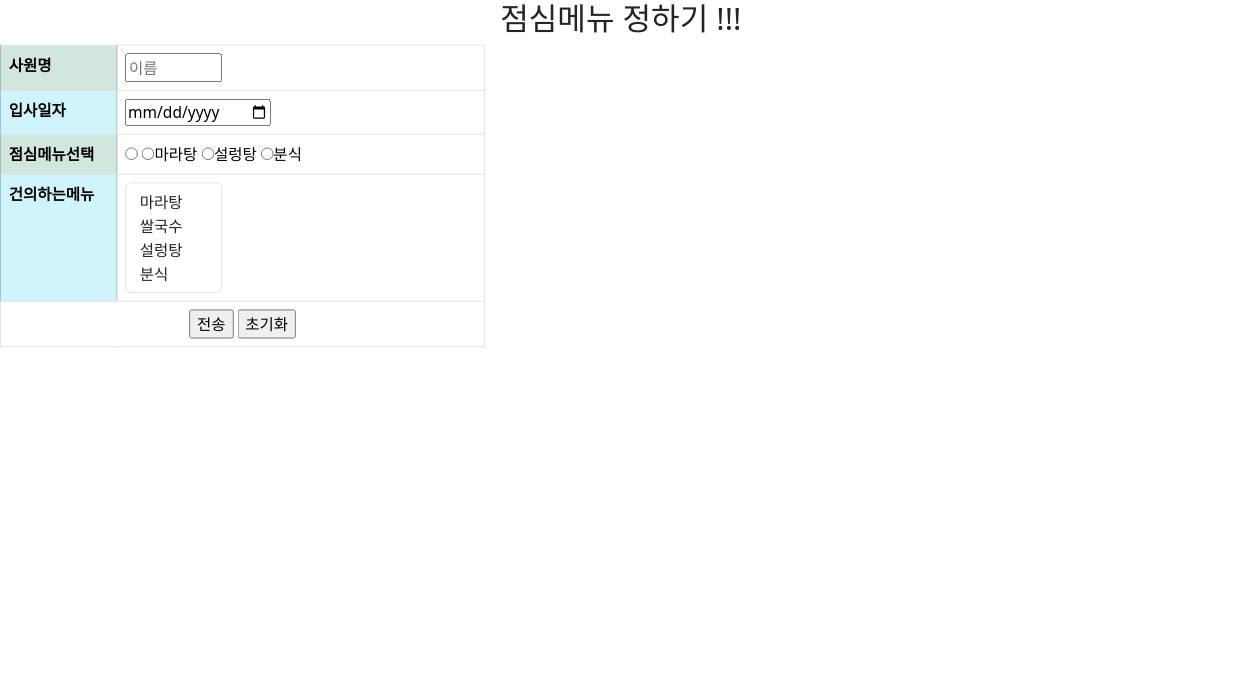
Repository: GANADAG/jspProject
Page: http://localhost/JspProject/day0228_1/qiuzForm_03.jsp
The author's editor kept a copy of each file at every save. The page is drawn from the files as they stood at one save, then again after the next save.
The browser window is 1280 px wide. The pictures show the whole page, at 97% of full size.
Some web fonts or font styles are not loaded; a fallback is used. The page is served by Tomcat 9.

Above is the page before, as saved 2024-02-28 07:42:40.

After the next save:
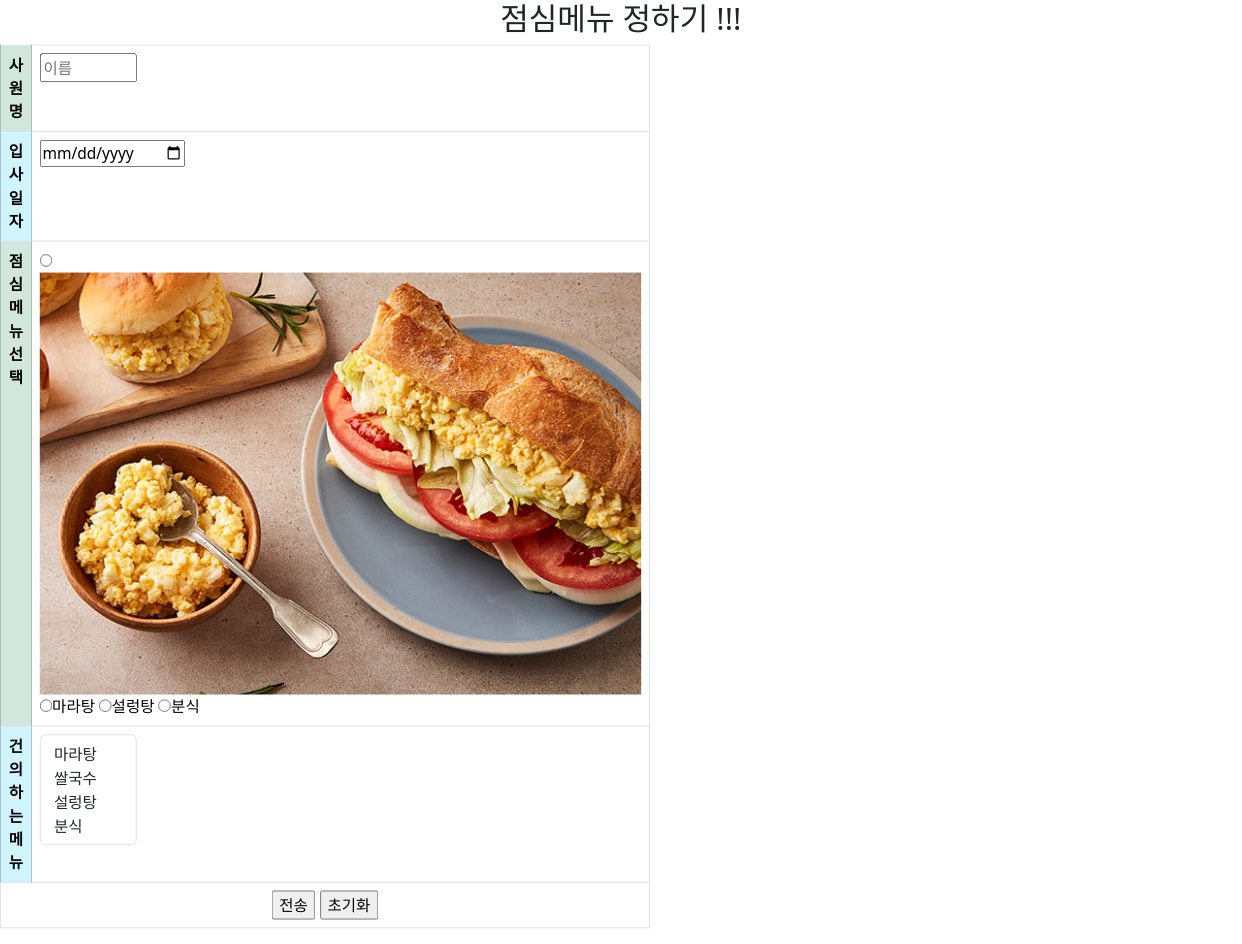
Saved 3 min 56 s later.
--- a/JspProject/src/main/webapp/day0228_1/qiuzForm_03.jsp
+++ b/JspProject/src/main/webapp/day0228_1/qiuzForm_03.jsp
@@ -33,7 +33,8 @@
 			<tr>
 		 		<th width="120"  class="table-success">점심메뉴선택</th>
 		 		<td>
-		 			<input type="radio" name="radio" src="../image/Food/1.jpg">
+		 			<input type="radio" name="radio" id="radio1">
+		 			 <img src="../image/Food/1.jpg" alt="Food Image">
 		 			<input type="radio" name="radio" >마라탕
 		 			<input type="radio" name="radio" >설렁탕
 		 			<input type="radio" name="radio" >분식
